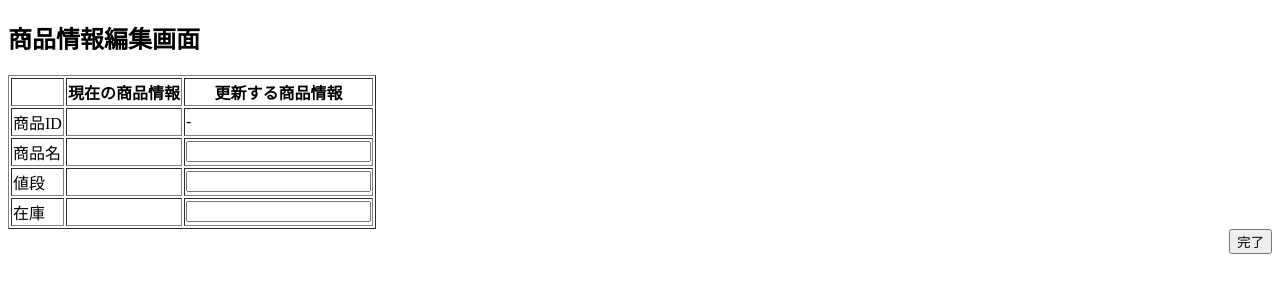
Repository: sachiyuki/java
Page: http://localhost/AdminLogin/itemedit.jsp
The author's editor kept a copy of each file at every save. The page is drawn from the files as they stood at one save, then again after the next save.
The browser window is 1280 px wide. The pictures show the whole page.
The page is served by Tomcat 9. Other server files are loaded and not shown.

Above is the page before, as saved 2018-03-06 03:58:53.

### AdminLogin/WebContent/itemedit.jsp
<%@ page language="java" contentType="text/html; charset=UTF-8"
    pageEncoding="UTF-8"%>
<%@ taglib prefix="s" uri="/struts-tags" %>
<!DOCTYPE html PUBLIC "-//W3C//DTD HTML 4.01 Transitional//EN" "http://www.w3.org/TR/html4/loose.dtd">
<html>
<head>
<meta http-equiv="Content-Type" content="text/html; charset=UTF-8">
<title>Insert title here</title>
</head>
<body>


<h2>商品情報編集画面</h2>

<s:form action="ItemConfirmAction">

<table border="1">
<tr>
	<th></th>
	<th>現在の商品情報</th>
	<th>更新する商品情報</th>
</tr>
<tr>
	<td>商品ID</td>
	<td><s:property value="id"/></td>
	<td>-</td>
</tr>
<tr>
	<td>商品名</td>
	<td><s:property value="itemName"/></td>
	<td><input type="text" name="newName" value='<s:property value="itemName"/>' /></td>
</tr>
<tr>
	<td>値段</td>
	<td><s:property value="itemPrice"/></td>
	<td><input type="text" name="newPrice" value='<s:property value="itemPrice"/>' /></td>
</tr>
<tr>
	<td>在庫</td>
	<td><s:property value="itemStock"/></td>
	<td><input type="text" name="newStock" value='<s:property value="itemStock"/>' /></td>
</tr>
</table>
<s:submit value="完了"/>
</s:form>


</body>
</html>

After the next save:
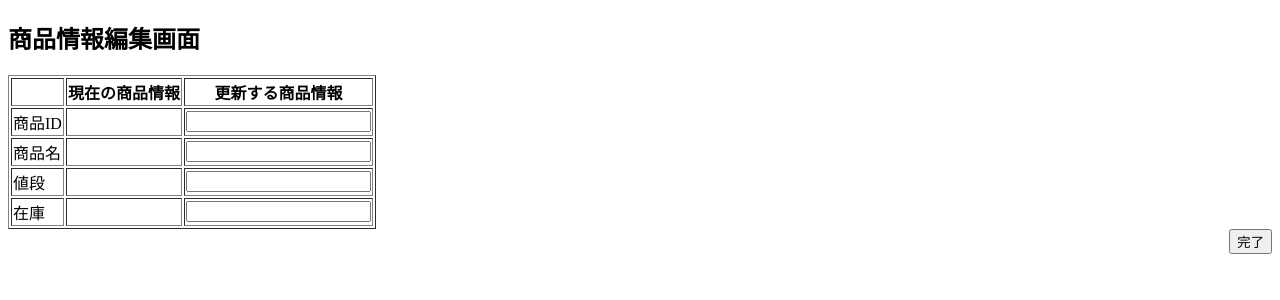
Saved 61 s later.
--- a/AdminLogin/WebContent/itemedit.jsp
+++ b/AdminLogin/WebContent/itemedit.jsp
@@ -23,7 +23,7 @@
 <tr>
 	<td>商品ID</td>
 	<td><s:property value="id"/></td>
-	<td>-</td>
+	<td><input type="text" name="newName" value='<s:property value="id"/>'/></td>
 </tr>
 <tr>
 	<td>商品名</td>

After the save that followed:
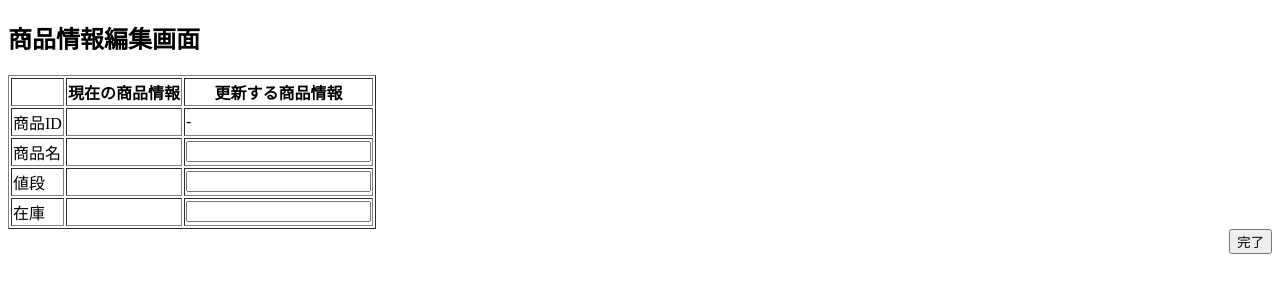
Saved 20 s later.
--- a/AdminLogin/WebContent/itemedit.jsp
+++ b/AdminLogin/WebContent/itemedit.jsp
@@ -23,7 +23,7 @@
 <tr>
 	<td>商品ID</td>
 	<td><s:property value="id"/></td>
-	<td><input type="text" name="newName" value='<s:property value="id"/>'/></td>
+	<td>-</td>
 </tr>
 <tr>
 	<td>商品名</td>
